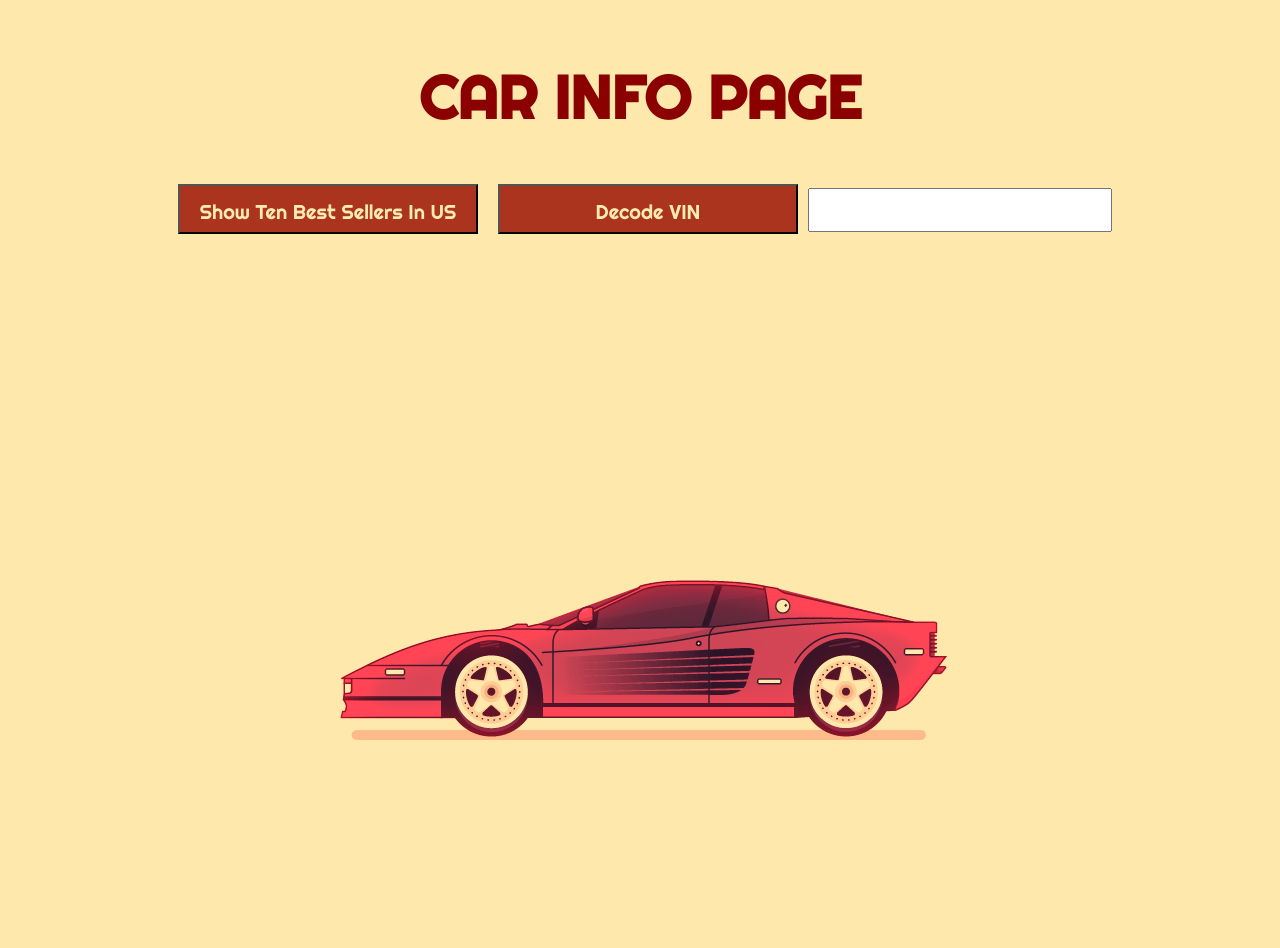
Repository: shadowmare358/vueVinCheck
Page: /
An editor plug-in stored every save of this project. The page is shown before and after the next save, followed by the edit.
The browser window is 1280 px wide. The pictures show the whole page.
The project was rebuilt for these pictures with package versions that can differ from the ones it lists, and the page was loaded fresh each time.

Above is the page before, as saved 2019-11-05 11:49:58.

After the next save:
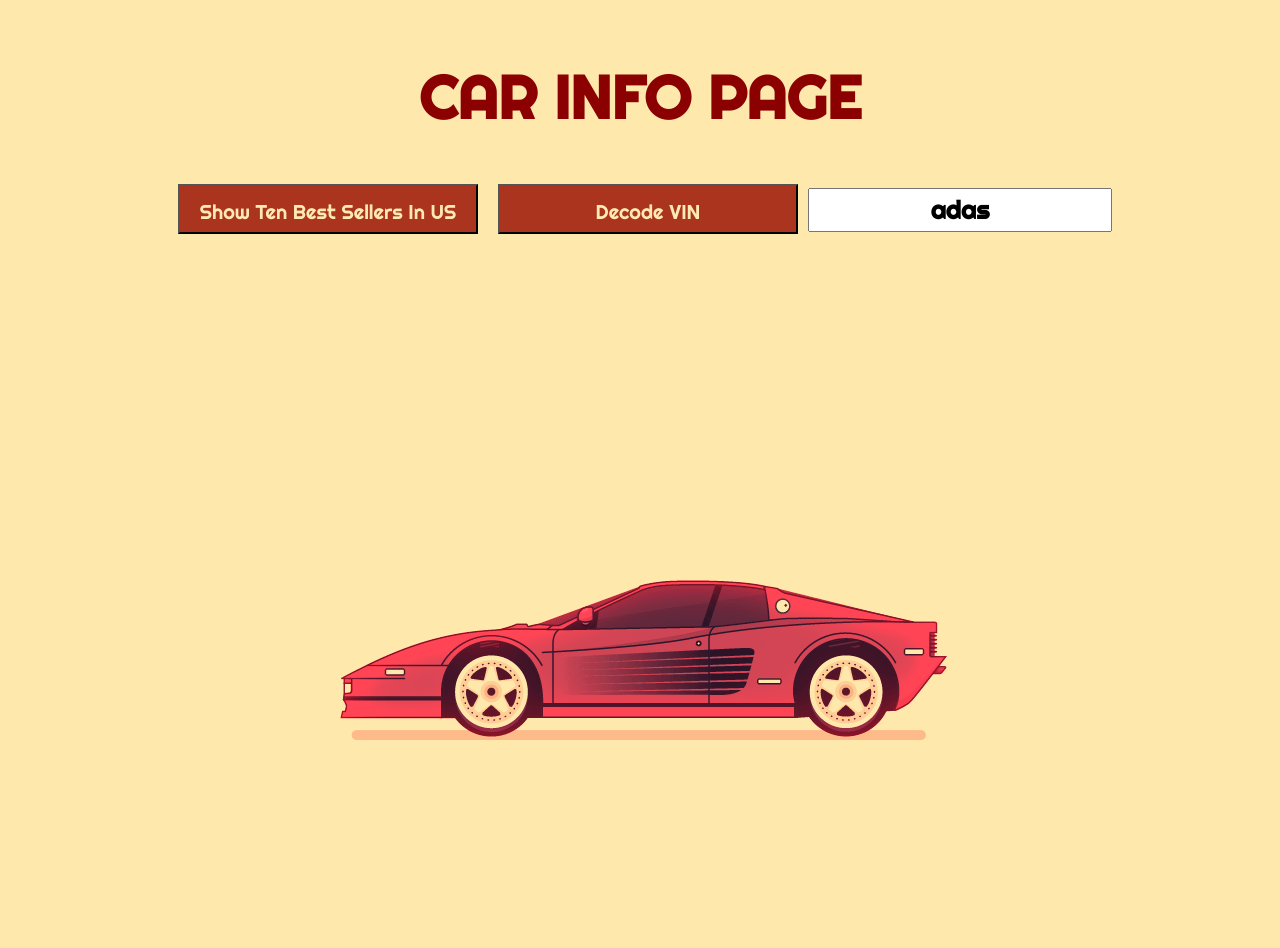
Saved 95 s later.
--- a/src/components/Search.vue
+++ b/src/components/Search.vue
@@ -34,7 +34,7 @@
       imagesResults: [],
       vinResults: [],
       modelInfo: "",
-      vin: "",
+      vin: "adas",
       showCarResults: false,
       showVinResults: false
     };

After the save that followed:
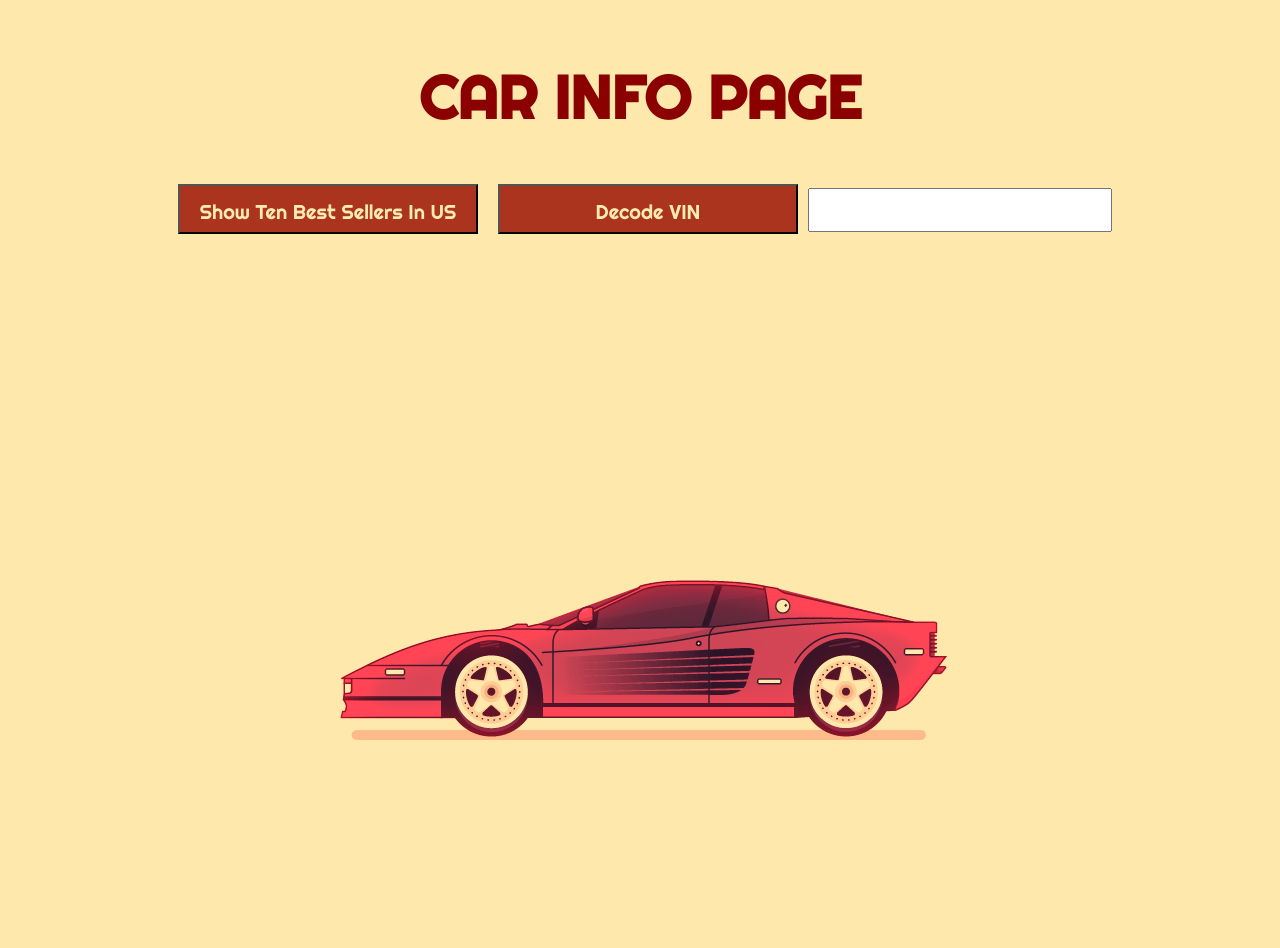
Saved 12 s later.
--- a/src/components/Search.vue
+++ b/src/components/Search.vue
@@ -34,7 +34,7 @@
       imagesResults: [],
       vinResults: [],
       modelInfo: "",
-      vin: "adas",
+      vin: "",
       showCarResults: false,
       showVinResults: false
     };
